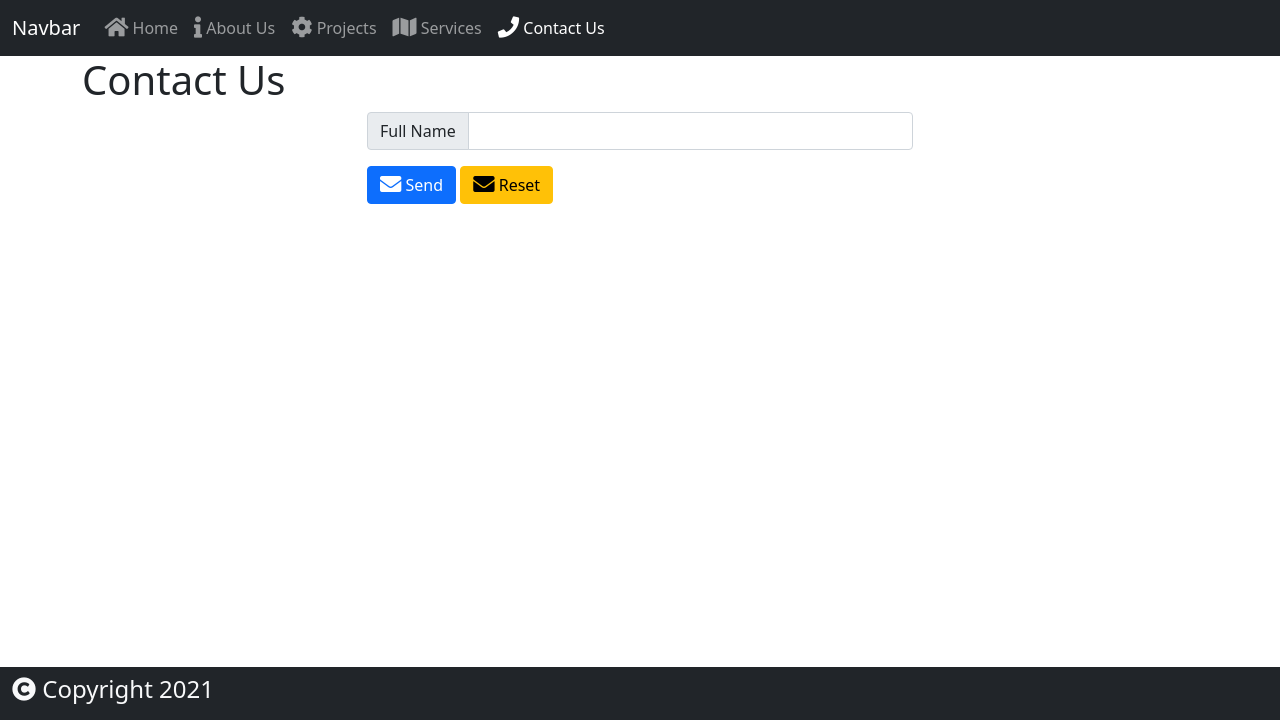
Repository: CKM206/WEBD6201-W2021---ICE1
Page: contact.html
The author's editor kept a copy of each file at every save. The page is drawn from the files as they stood at one save, then again after the next save.
The browser window is 1280 px wide. The pictures show the whole page.

Above is the page before, as saved 2021-01-21 09:31:51.

After the next save:
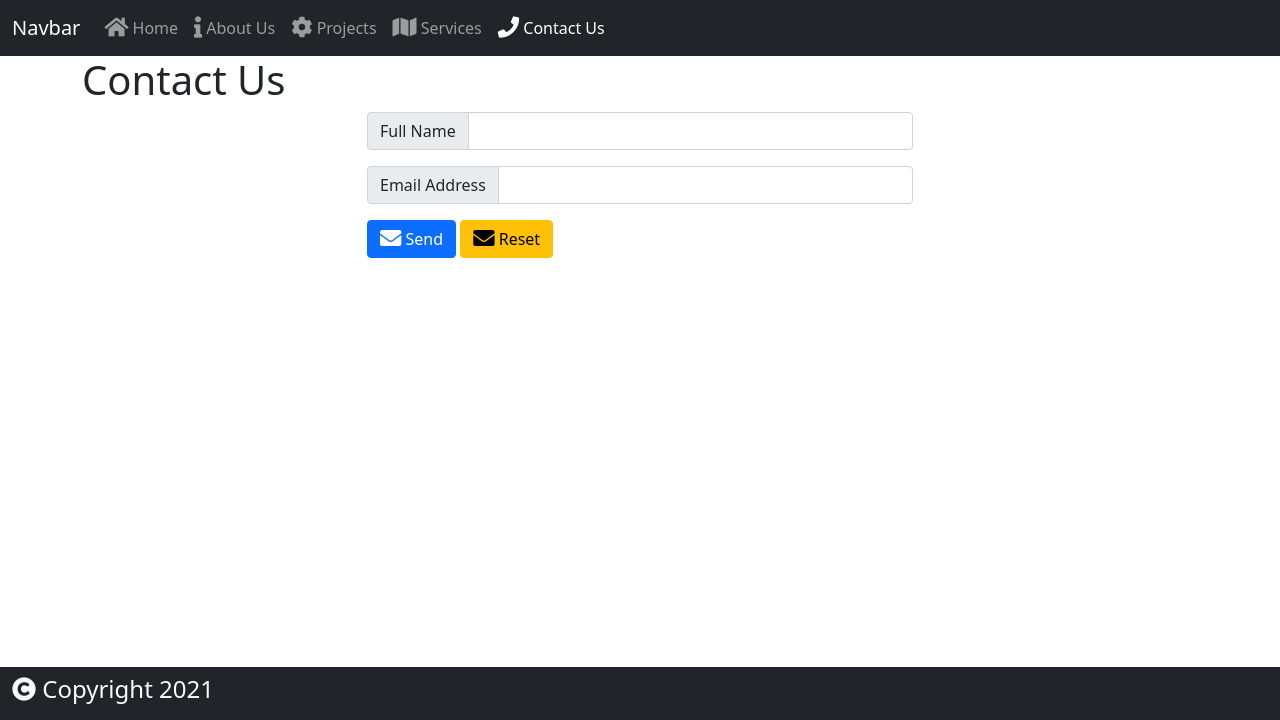
Saved 24 s later.
--- a/contact.html
+++ b/contact.html
@@ -52,11 +52,19 @@
 
       <div class="row justify-content-lg-center">
         <form class="col-lg-6 col-md-8 col-sm-10">
+
           <div class="input-group mb-3">
             <span class="input-group-text" id="inputGroup-sizing-default">Full Name</span>
             <input id="fullName" name="fullName" type="text" class="form-control"
              aria-label="Full Name" aria-describedby="Full Name Input" required>
           </div>
+
+          <div class="input-group mb-3">
+            <span class="input-group-text" id="inputGroup-sizing-default">Email Address</span>
+            <input id="fullName" name="fullName" type="text" class="form-control"
+             aria-label="Full Name" aria-describedby="Full Name Input" required>
+          </div>
+
           <button type="submit" class="btn btn-primary btn-md"><i class="fas fa-envelope fa-lg"></i> Send</button>
           <button type="reset" class="btn btn-warning btn-md"><i class="fas fa-envelope fa-lg"></i> Reset</button>
         </form>
